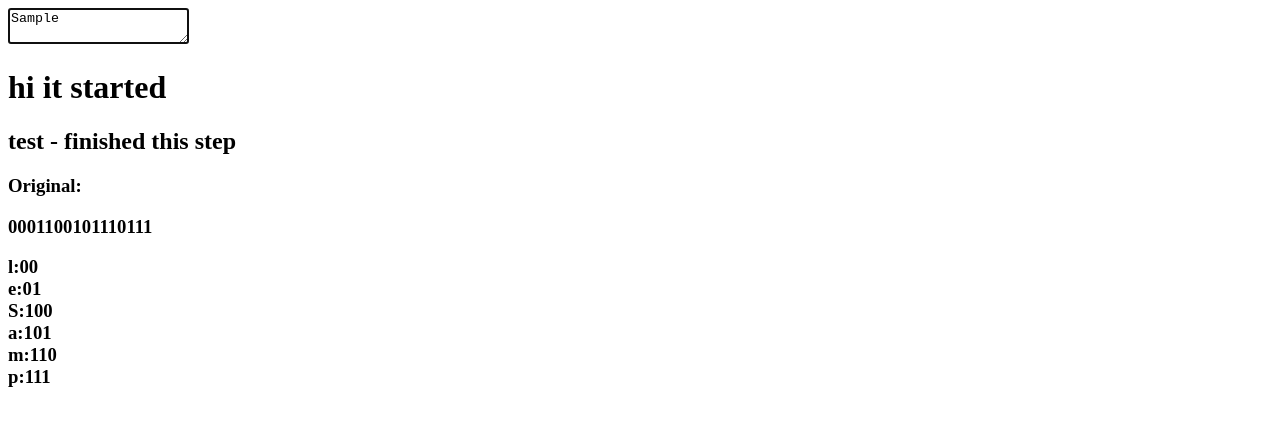
Repository: rdass1/HuffmanCoding-Decoding
Page: index.html
An editor plug-in stored every save of this project. The page is shown before and after the next save, followed by the edit.
The browser window is 1280 px wide. The pictures show the whole page.
Empty fields were first filled with sample values (such as "Sample", 5 or name@example.com).
After loading, the first visible `#encoderInput` was changed once.

Above is the page before, as saved 2021-11-27 00:54:55.

### index.html
<!DOCTYPE html>
<html>
<head>
    <meta charset="UTF-8">
    <meta name="viewport" content="width=device-width, initial-scale=1.0">
    <meta http-equiv="X-UA-Compatible" content="ie=edge">
    <title>HuffmanCoding-Decoding</title>
    <link rel="stylesheet" href="style.css">

</head>
<body>

    <textarea type="text" id="encoderInput" placeholder="type text here e.g 'Mississippi river'" autofocus></textarea>
    <h1>hi it started</h1>
    <h2>test - finished this step</h2>
    <h3 id="charCodesInOrder">Original:<br></h3>
    <h3 id="charCodes">Sorted:<br></h3>
    <h3 id="charCodesVerbose"></h3>
    <canvas></canvas>






    <script src="https://d3js.org/d3.v7.min.js"></script>
    <script src="./javascript/huffmanNode.js"></script>
    <script src="./javascript/draw.js"></script>
    <script src="./javascript/updater.js"></script>
    <script src="./javascript/index.js"></script>
</body>
</html>

### javascript/huffmanNode.js
class HuffmanNode{
    constructor(){
        this.data = 0;
        this.c = '';
        this.code = '';
        this.left = null;
        this.right = null;
    }
}

function HuffmanCoding(){

}
HuffmanCoding.prototype = {
    createTree: function(string){
        var sortedFrequency = sortFrequency(frequency(string));


        var charArray = [];
        var charFreq = [];

        sortedFrequency.forEach(x => charArray.push(x[0]));
        sortedFrequency.forEach(x => charFreq.push(x[1]));

        let n = charArray.length;
        let queue = [];



        for(var i = 0; i < n; i++){
            let huffNode = new HuffmanNode();
            huffNode.c = charArray[i];
            huffNode.data = charFreq[i];
            huffNode.left = null;
            huffNode.right = null;
            queue.push(huffNode);

        }

        var root = null;
        queue.sort(function(a,b){return a.data-b.data});

        while(queue.length>1){
            var x = queue[0];
            queue.shift();
            var y = queue[0];
            queue.shift();
            var f = new HuffmanNode();
            f.data = x.data + y.data;
            f.c = '-';
            f.left = x;
            f.right = y;
            root = f;
            queue.push(f);
            queue.sort(function(a,b){return a.data-b.data});
        }
        return root;
    },
    printCode: function(root, s){
        if(root == null){
            return;
        }
        if (root.left == null && root.right == null && ((root.c).toLowerCase()) != ((root.c).toUpperCase())){
            root.code += s;
            document.getElementById("charCodesVerbose").innerHTML +=root.c + ":" + s+"<br>";
            return;
        }
        this.printCode(root.left,s+"0");
        this.printCode(root.right,s+"1");

    },
    printEncodedCode: function(root){
        if(root == null){
            return;
        }
        if (root.left == null && root.right == null && ((root.c).toLowerCase()) != ((root.c).toUpperCase())){
            for(var i = 0; i < root.data;i++){
                document.getElementById("charCodes").innerHTML += root.code;
            }
            return;
        }
        console.log('hi');
        this.printEncodedCode(root.left);
        this.printEncodedCode(root.right);

    },
    clearTable: function(){
        document.getElementById("charCodes").innerHTML = "";
        document.getElementById("charCodesVerbose").innerHTML = "";
    }
}

### javascript/draw.js

function drawGraph(HuffmanTable) {
    //parse data
    var list = [].concat(HuffmanTable),
        tableSize = HuffmanTable.length;

    while (list.length > 1) {
        var y = list.pop();
        var x = list.pop();
        var obj = {
            'value': x.value + y.value,
            'children': [x, y]
        }
        list.push(obj);
    }

    // Draw graph
    var margin = {
            top: 25,
            right: 5,
            bottom: 5,
            left: 5
        },
        width = (70 * tableSize) - margin.right - margin.left,
        height = (70 * tableSize) - margin.top - margin.bottom;

    var i = 0;

    var tree = d3.layout.tree().size([height, width]);
    var diagonal = d3.svg.diagonal().projection(function(d) {
        return [d.x, d.y];
    });
    var svg = d3.select("canvas").append("svg")
        .attr("width", width + margin.right + margin.left).attr("height", height + margin.top + margin.bottom)
        .append("g")
        .attr("transform", "translate(" + margin.left + "," + margin.top + ")");


    root = list.pop();

    var nodes = tree.nodes(root),
        links = tree.links(nodes);

    nodes.forEach(function(d) {
        d.y = d.depth * 70;
    });

    var gNode = svg.selectAll("g.node")
        .data(nodes, function(d) {
            return d.id || (d.id = ++i);
        });

    var nodeEnter = gNode.enter().append("g")
        .attr("class", "node")
        .attr("transform", function(d) {
            return "translate(" + d.x + "," + d.y + ")";
        });

    var circle = nodeEnter.append("circle")
        .attr("r", 0);

    circle.transition()
        .delay(function(d, i) {
            return i * 80;
        })
        .attr("r", 20)
        .style("fill", function(d, i) {
            return d.children || d._children ? '#FFE066' : '#fff';
        })
        .duration(1000)
        .ease('elastic');

    //Enter the char
    var charText = nodeEnter.append('text')
        .attr('y', 5)
        .attr("text-anchor", "middle")
        .style('font-size', function(d, i) {
            if (d.value.length > 14) {
                return 8;
            }

            return 12;
        });

    charText.transition()
        .delay(function(d, i) {
            return i * 90;
        })
        .text(function(d) {
            return d.value;
        });

    //Enter the code & frequency
    var codeText = nodeEnter.append('text')
        .attr("y", 40)
        .attr("id", "code")
        .attr("text-anchor", "middle")
        .style('display', 'none')
        .style('font-size', function(d, i) {
            if (d.code) {
                if (d.code.length > 14) {
                    return 8;
                }
            }
            return 11;
        })
        .style('font-weight', 'normal')
        .text(function(d, i) {
            return d.code;
        })

    gNode.on('mouseover', function() {
        d3.select(this).select('#code')
            .style('display', 'block');

    }).on('mouseout', function() {
        d3.select(this).select('#code')
            .style('display', 'none');
    })

    //Enter the path code  0/1
    var pathText = nodeEnter.append('text')
        .attr("y", -30)
        .style('font-size', '10px');

    pathText.transition()
        .delay(function(d, i) {
            return i * 85;
        })
        .text(function(d) {
            return d.code ? d.code.substr(d.code.length - 1) : 1
        });


    //PATH
    var path = svg.selectAll("path.link")
        .data(links, function(d) {
            return d.target.id;
        });

    var pathT = path.enter().insert("path", "g")
        .attr("class", "link");

    pathT.transition()
        .delay(function(d, i) {
            return i * 85;
        })
        .attr("d", diagonal);
}

### javascript/updater.js
var huffmanCoding = new HuffmanCoding();



var encoder = document.getElementById('encoderInput');


encoder.addEventListener('input',
    function inputListener(e){

        var root = huffmanCoding.createTree(encoder.value);
        huffmanCoding.clearTable();

        huffmanCoding.printCode(root,"");
        huffmanCoding.printEncodedCode(root);

        console.clear();
        print(root);
    }

);

### javascript/index.js




const print = (x) => console.log(x);



let frequency = (string) => {
    var freqDict = {}
    for (var i=0; i<string.length;i++) {
        var character = string.charAt(i);
        if (freqDict[character]) {
            freqDict[character]++;
        } else {
            freqDict[character] = 1;
        }
    }

    return freqDict;
}

let sortFrequency = (dict) => {
    var items = Object.keys(dict).map(function(key) {
        return [key, dict[key]];
    });

    items.sort(function(first, second){
        return  first[1] - second[1];
    });
    return items;
}





var string = "AAAAABBBBBBBBBCCCCCCCCCCCCDDDDDDDDDDDDDEEEEEEEEEEEEEEEEFFFFFFFFFFFFFFFFFFFFFFFFFFFFFFFFFFFFFFFFFFFFF";

// function run(string){

// }


function printCode(root,s){

}


// print(huffmanCoding.createTree(string));
// print(HuffmanCoding.createTree(string));
// printCode(root,"");

Loaded but not shown: style.css (no stored copy; drawn as an empty file)

After the next save:
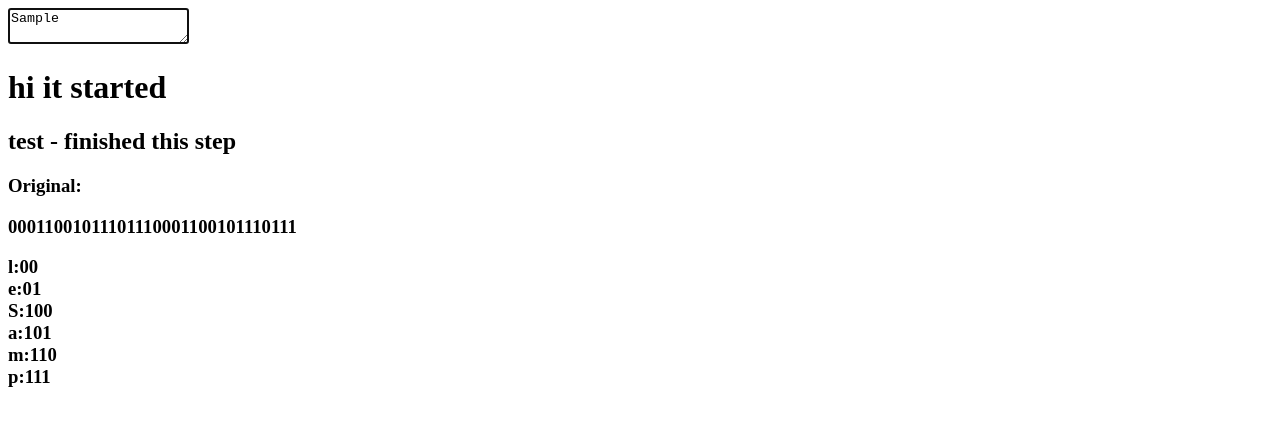
Saved 17 s later.
--- a/javascript/huffmanNode.js
+++ b/javascript/huffmanNode.js
@@ -62,6 +62,9 @@ HuffmanCoding.prototype = {
         }
         if (root.left == null && root.right == null && ((root.c).toLowerCase()) != ((root.c).toUpperCase())){
             root.code += s;
+            for(var i = 0; i < root.data;i++){
+                document.getElementById("charCodes").innerHTML += root.code;
+            }
             document.getElementById("charCodesVerbose").innerHTML +=root.c + ":" + s+"<br>";
             return;
         }
